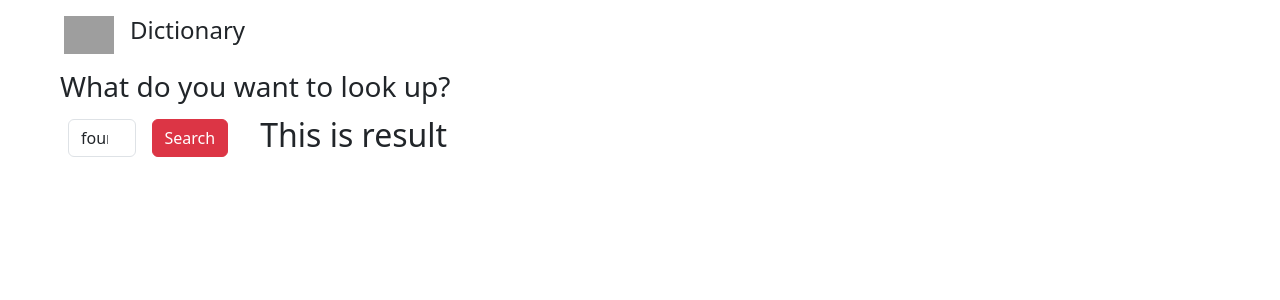
Repository: moehaymanmyint/react-dictionary-app
Page: /
These files come from the project's save history. The page is drawn as it stood at one moment and after the next save; the edit follows.
The browser window is 1280 px wide. The pictures show the whole page.
Pictures or frames that could not be fetched are drawn as grey boxes. The page's requests for data from a server got no answer. The project was rebuilt for these pictures with package versions that can differ from the ones it lists, and the page was loaded fresh each time. No one was signed in, and anything a server would have sent is missing.

Above is the page before, as saved 2024-08-28 10:46:57.

After the next save:
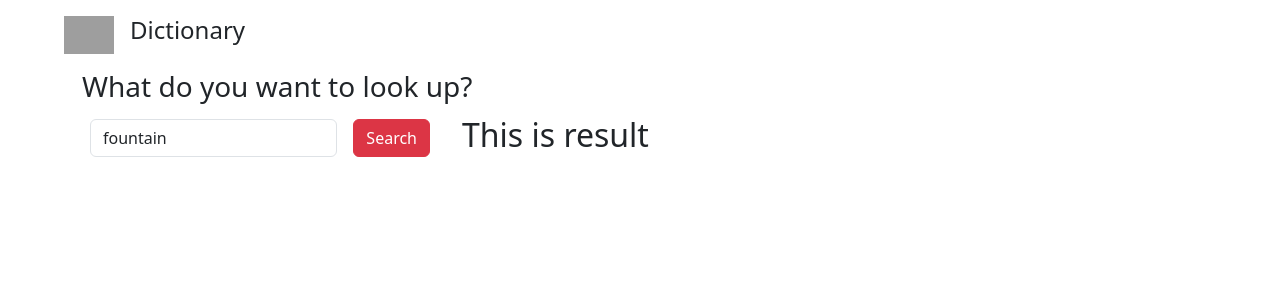
Saved 34 s later.
--- a/src/App.js
+++ b/src/App.js
@@ -12,17 +12,11 @@ function App() {
         <h4>Dictionary</h4>
       </div>
 
-      <div className='container d-flex m-3 mx-5'>
+      <div className='container'>
         {/* Header */}
         <div className="header">
           <Search />
         </div>
-
-        {/* Content */}
-        <div className="content mx-5" >
-
-        </div>
-
       </div>
     </div>
   );
